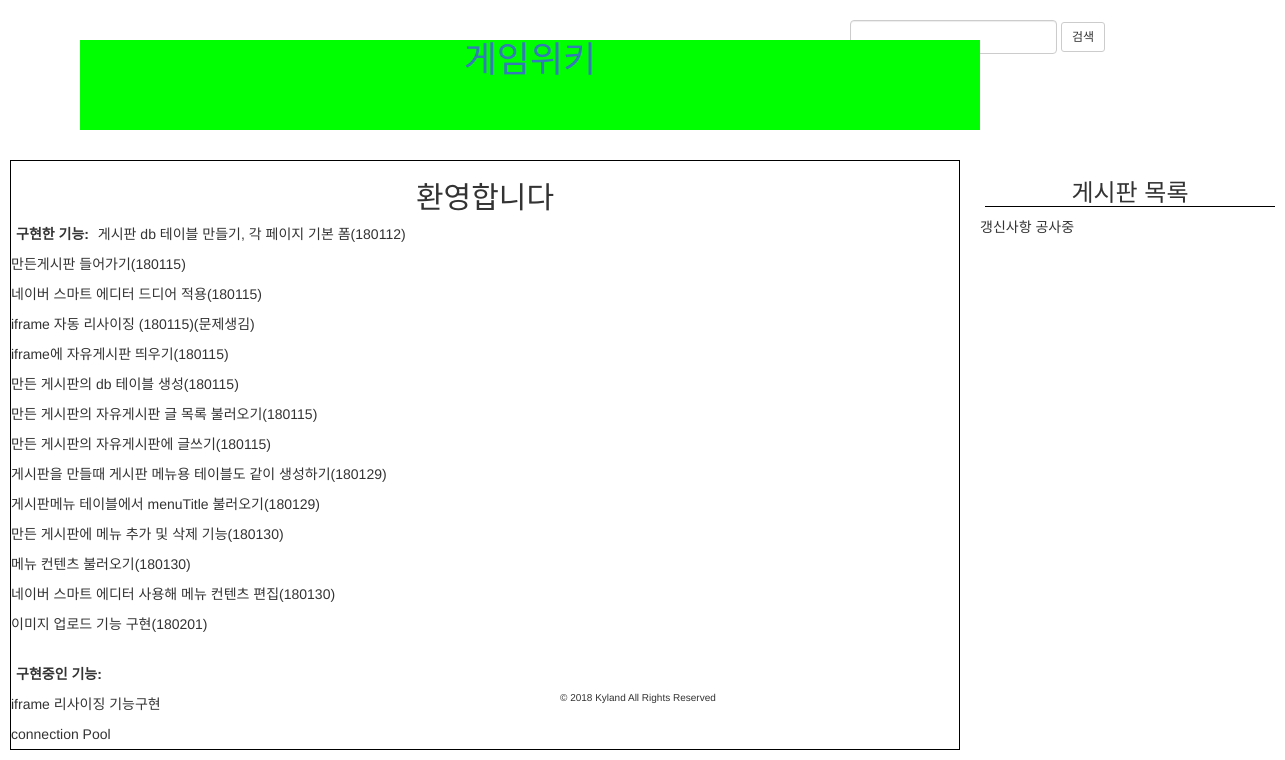
Repository: sithslord/GameWiki
Page: http://localhost/JSPBoard/MainPage/Main.jsp
These files come from the project's save history. The page is drawn as it stood at one moment and after the next save; the edit follows.
The browser window is 1280 px wide. The page is 1285 px wide, so the pictures cover 1285 px, including what lies to the right of the window. The pictures show the whole page.
An inner scrolling area shows only its first screen. The page is served by Tomcat 9.

Above is the page before, as saved 2018-02-05 03:04:33.

After the next save:
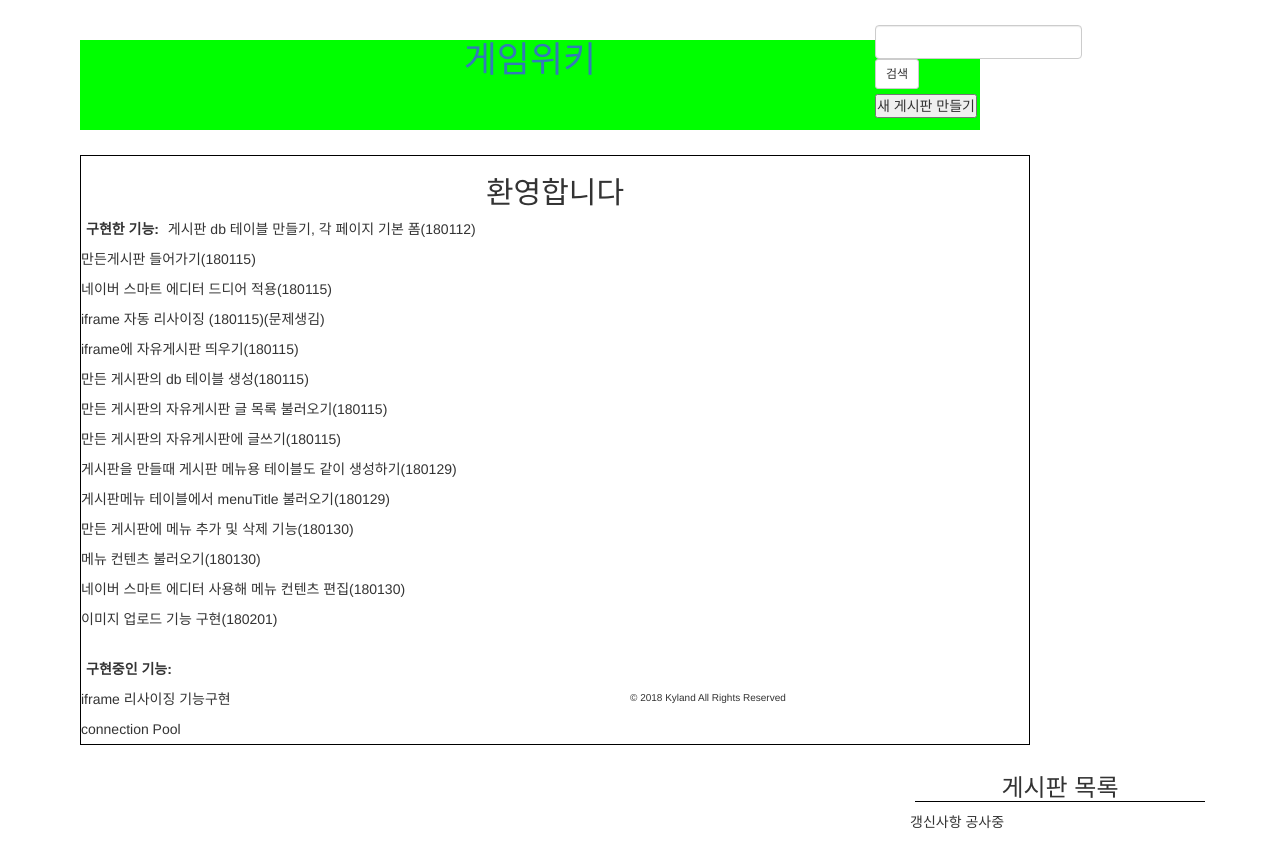
Saved 32 s later.
--- a/ReWork/JSPBoard/WebContent/MainPage/Main.jsp
+++ b/ReWork/JSPBoard/WebContent/MainPage/Main.jsp
@@ -82,6 +82,7 @@ body{
 	<div id="banner" class="col-sm-8">
 		<a class="hyper" href="main.do"><h1>게임위키</h1></a>
 		</div>
+		<div id="srch" class="col-sm-3">
 		<form action="search" method="post" class="form-inline">
 			<input type="text" name="srch" class="form-control">
 			<input type="submit" class="btn btn-default btn-sm" value="검색">
